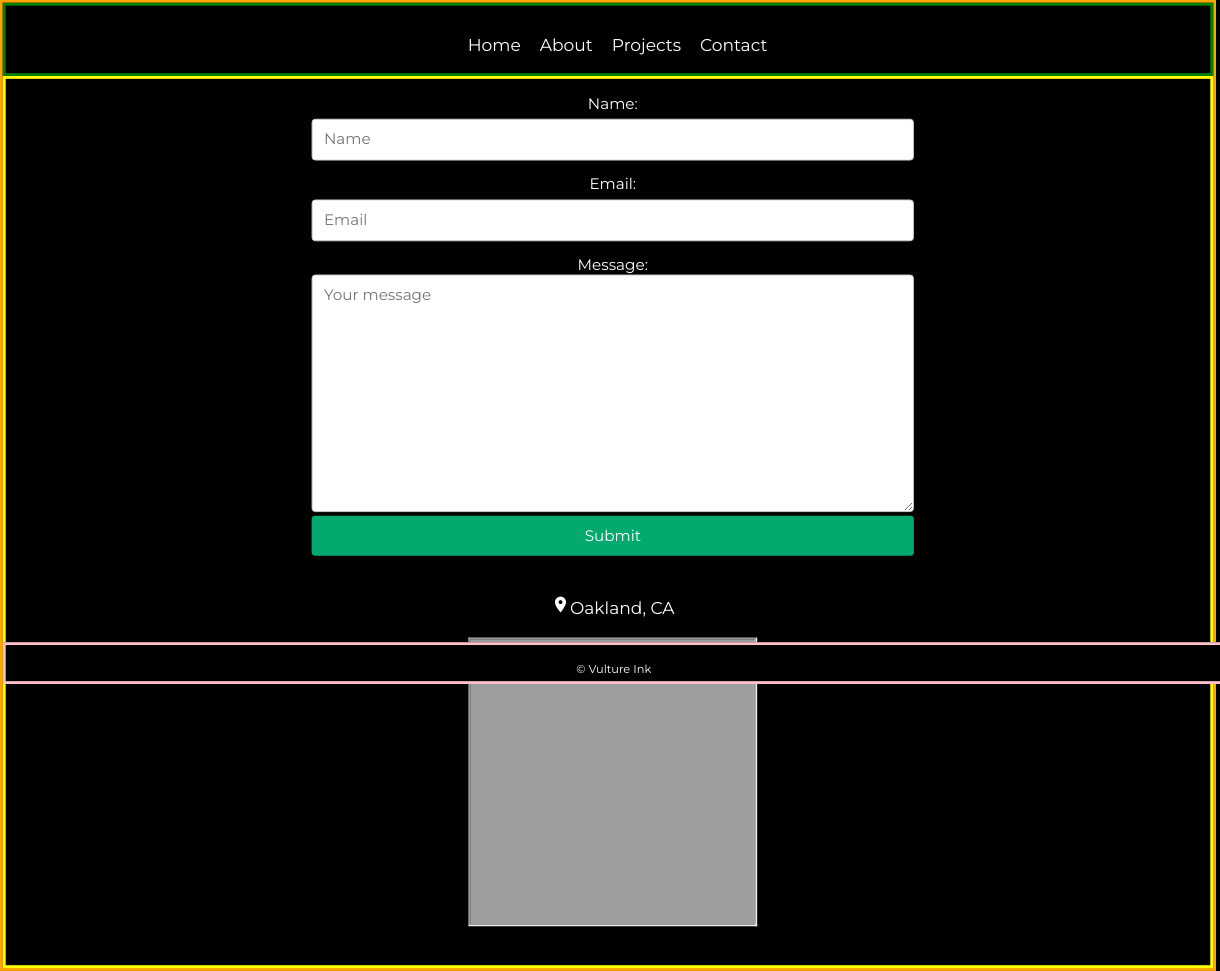
Repository: kaitlynMidori/anon_ink
Page: pages/Contact.html
An editor plug-in stored every save of this project. The page is shown before and after the next save, followed by the edit.
The browser window is 1280 px wide. The page is 1284 px wide, then 1282 px, so the pictures cover 1284 px, including what lies to the right of the window. The pictures show the whole page, at 95% of full size.
Pictures or frames that could not be fetched are drawn as grey boxes. Some web libraries are served in a nearby version.

Above is the page before, as saved 2021-09-07 17:52:08.

### pages/Contact.html
<!DOCTYPE html>
<html lang= "en">
    <head>
        <meta charset="utf-8">
        <meta name="viewport" content="width=device-width, initial-scale=1.0">
        <title>Contact</title>
        <link href="https://cdnjs.cloudflare.com/ajax/libs/normalize/8.0.1/normalize.min.css" rel="stylesheet" type="text/css" />
        <link href="https://fonts.googleapis.com/css2?family=Montserrat&display=swap" rel="stylesheet">
        <link href="../style.css" rel="stylesheet" type="text/css" />
      </head>

<body>

    <header>
        <!-- <div class="logo">ANONYMOUS INK</div> -->
        <nav>
          <ul id="menu">
            <li><a href="/index.html">Home</a></li>
            <li><a href="/Pages/About.html">About</a></li>
            <li><a href="/Pages/Projects.html">Projects</a></li>
            <!-- <li><a href="/Pages/Resume.html">Resume</a></li> -->
            <li><a href="/Pages/Contact.html">Contact</a></li>
          </ul>
        </nav>
      </header>
<main>

<!-- Contact -->

    <section>

      <!-- <h2>Get in Touch</h2> -->
      <div class="contact-container">

        <div class="contact-form">
            <form action="https://formspree.io/f/xrgoqyge" method="post">
              <label class="user-name" data-shrink="false">Name:</label>
              <input id="user-name" type="text" name="name" placeholder="Name">

              <label for="user-email">Email:</label>
              <input id="user-email" type="text" name="email" placeholder="Email">

              <label for="user-message">Message:</label> <textarea id="user-message" name="message" placeholder="Your message"></textarea>
              <input type="submit" value="Submit">
              <!-- <button type="submit">Submit</button> -->
            </form>
          </div>
          <div class="location">
            <p><i class="material-icons" style="font-size:20px">location_on</i>Oakland, CA</p>
            <p><iframe src="https://www.google.com/maps/embed?pb=!1m18!1m12!1m3!1d201877.73430325926!2d-122.37538914908166!3d37.758634650214724!2m3!1f0!2f0!3f0!3m2!1i1024!2i768!4f13.1!3m3!1m2!1s0x80857d8b28aaed03%3A0x71b415d535759367!2sOakland%2C%20CA!5e0!3m2!1sen!2sus!4v1602104516145!5m2!1sen!2sus" width="300" height="300" allowfullscreen="" ></iframe></p>
          </div>
      </div>

    </section>
  </main>

  <footer>
    <p>© Vulture Ink</p>
  </footer>
  <script
      src="https://code.jquery.com/jquery-3.2.1.min.js"
      integrity="sha256-hwg4gsxgFZhOsEEamdOYGBf13FyQuiTwlAQgxVSNgt4="
      crossorigin="anonymous"></script>
<link rel="stylesheet" href="https://cdnjs.cloudflare.com/ajax/libs/font-awesome/4.7.0/css/font-awesome.min.css">
<link href="https://fonts.googleapis.com/icon?family=Material+Icons" rel="stylesheet">

  </body>
</html>

### style.css

/***************** General ******************/
body {
    border: solid orange;
    height: 100%;
    background-color: black;
    color: white;
    margin: none;
    font-family: 'Montserrat', sans-serif;
    padding-top: 0;
  }

  /************** navigation ***************/
  header nav {
    display: flex;
    flex-direction: row;
    justify-content: center;
    margin-top: 14px;
  }

  header nav ul {
    display: flex;
    flex-direction: row;
    padding-bottom: 0;
  }

  header nav ul li {
    list-style-type: none;
  }

  header ul li a {
    color: white;
    text-decoration: none;
    padding: 0 20px 0 0;
    font-family: 'Montserrat', sans-serif;
  }

  /************* Primary Groups ****************/
  header {
    font-size: 18px;
    background-color: black;
    margin: 0;
    border: solid green;
  }

  main {
    margin: auto;
    justify-content: center;
    justify-items: center;
    text-align: center;
    border: solid yellow;
    padding-top: 10px;
    padding-bottom: 10px;
  }

  footer {
    position: fixed;
    background-color: black;
    bottom: 0;
    width: 100%;
    border: solid pink;
  }

  /****************** Typography ******************/
  h1 {
    font-size: 28px;
    font-family: 'Montserrat', sans-serif;
    color: white;
    font-weight: 400;
  }

  h2 {
    font-size: 26px;
    color: rgb(17, 17, 17);
    font-family: 'Montserrat', sans-serif;
    text-align: center;
    font-weight: 400;
    margin: 0 10px;
  }

  h3 {
    font-size: 15px;
    font-family: 'Montserrat', sans-serif;
    font-weight: 430;
  }

  p {
    font-family: 'Montserrat', sans-serif;
    font-size: 18px;
    line-height: 1.3em;
    margin-bottom: 0;
  }

  main a {
    font-weight: 700;
    text-decoration: none;
  }

  main a:visited{
    color: blue;
  }
  /* main main a:hover{color: greenyellow;} */
  /* a:active{color:  rgb(143, 156, 33);} */

  footer p {
    font-size: 12px;
    color: white;
    text-align: center;
    padding: 5px;
  }

  footer h2 {
    color: black;
  }
/*
  img.image-enhanced {
    max-width: 350px;
    border-radius: 8px;
  }

  .item-double {
    color: rgb(17, 17, 17);
    flex: 2;
  }
   */
  /* Desktop groups/items */
  /* @media all and (min-width: 600px){
    section {
      padding: 0%;
    }
    .group {
      display: flex;
      flex-direction: row;
      flex-wrap: wrap;
    }
  } */

  /* ***********  home ************** */

  .home-video {
    position: fixed;
    right: 0px;
    bottom: 0px;
    min-width: 100%;
    min-height: 100%;
    width: auto;
    height: auto;
    z-index: -1;
  }

  /* ************ about *************** */

  .about-container {
    overflow: scroll;
    align-items: center;
    justify-content: center;
    flex-direction: column-reverse;
    margin: auto;
    padding: 15px;
    display: flex;
    text-align: center;
    flex-wrap: wrap;
  }

  .about-item {
    text-align: left;
    display: flex;
    flex-wrap: wrap;
    margin: auto;
  }

  /**************** projects ****************/
  .card-container {
    max-width: 900px;
    min-width: 370px;
    margin: auto;
    display: flex;
    flex-direction: row;
    flex-wrap: wrap;
    justify-content: space-evenly;
    text-align: center;
    padding-top: 10px;
  }

  .row-one {
    justify-content: space-evenly;
    display: flex;
    flex-wrap: wrap;
  }

  .card p {
    font-size: 14px;
    padding-left: 4px;
    padding-right: 4px;
  }

  .card #card1 {
    padding-top: 5px;
    background-repeat: no-repeat;
    background-size:cover;
    background-position: top;
    display: block;
    margin: 0 auto;
    text-indent: -9999px;
    width: 15rem;
    height: 20rem;
    border: transparent;
  }

  .card #card1:hover {
    font-size: 30px;
    color: black;
    display: block;
    margin: 0 auto;
    text-indent: 0;
    justify-content: center;
    background-color: rgb(238, 228, 211, .8);
    background-blend-mode: hue;
  }

  .card #card2 {
    padding-top: 5px;
    background-repeat: no-repeat;
    background-size:cover;
    background-position: top;
    display: block;
    margin: 0 auto;
    text-indent: -9999px;
    width: 15rem;
    height: 20rem;
    border: transparent;
  }

  .card #card2:hover {
    font-size: 30px;
    color: black;
    display: block;
    margin: 0 auto;
    text-indent: 0;
    justify-content: center;
    background-color: rgb(238, 228, 211, .8);
    background-blend-mode: hue;
  }

  .card #card3 {
    padding-top: 5px;
    background-repeat: no-repeat;
    background-size:cover;
    background-position: top;
    display: block;
    margin: 0 auto;
    text-indent: -9999px;
    width: 15rem;
    height: 20rem;
    border: transparent;
  }

  .card #card3:hover {
    font-size: 30px;
    color: black;
    display: block;
    margin: 0 auto;
    text-indent: 0;
    justify-content: center;
    background-color: rgb(238, 228, 211, .8);
    background-blend-mode: hue;
  }

  .card #card4 {
    padding-top: 5px;
    background-repeat: no-repeat;
    background-size:cover;
    background-position: top;
    display: block;
    margin: 0 auto;
    text-indent: -9999px;
    width: 15rem;
    height: 20rem;
    border: transparent;
  }

  .card #card4:hover {
    font-size: 30px;
    color: black;
    display: block;
    margin: 0 auto;
    text-indent: 0;
    justify-content: center;
    background-color: rgb(238, 228, 211, .8);
    background-blend-mode: hue;
  }

  .card #card5 {
    padding-top: 5px;
    background-repeat: no-repeat;
    background-size:cover;
    background-position: top;
    display: block;
    margin: 0 auto;
    text-indent: -9999px;
    width: 15rem;
    height: 20rem;
    border: transparent;
  }

  .card #card5:hover {
    font-size: 30px;
    color: black;
    display: block;
    margin: 0 auto;
    text-indent: 0;
    justify-content: center;
    background-color: rgb(238, 228, 211, .8);
    background-blend-mode: hue;
  }

  .card #card6 {
    padding-top: 5px;
    background-repeat: no-repeat;
    background-size:cover;
    background-position: top;
    display: block;
    margin: 0 auto;
    text-indent: -9999px;
    width: 15rem;
    height: 20rem;
    border: transparent;
  }

  .card #card6:hover {
    font-size: 30px;
    color: black;
    display: block;
    margin: 0 auto;
    text-indent: 0;
    justify-content: center;
    background-color: rgb(238, 228, 211, .8);
    background-blend-mode: hue;
  }

  /* The flip card container - set the width and height to whatever you want. We have added the border property to demonstrate that the flip itself goes out of the box on hover (remove perspective if you don't want the 3D effect */
  .card {
    backface-visibility: hidden;
    -webkit-backface-visibility: hidden;
    border: solid;
    border-color: transparent;
    background-color: transparent;
    width: 15rem;
    height: 20rem;
    margin-bottom: 20px;
    -webkit-perspective: 1000px;
    perspective: 1000px; /* Remove this if you don't want the 3D effect */
  }

  /* This container is needed to position the front and back side */
  .card-inner {
    position: relative;
    width: 100%;
    height: 100%;
    text-align: center;
    transition: transform 0.8s;
    -webkit-transition: -webkit-transform 0.8s;
    transform-style: preserve-3d;
    -webkit-transform-style: preserve-3d;
   transition-property: -webkit-transform;
   -webkit-transition-property: -webkit-transform;
   transition-duration: 1.5s;
   -webkit-transition-duration: 1.5s;
    backface-visibility: hidden;
    -webkit-backface-visibility: hidden;
  }

  /* Position the front and back side */
  .card-one-front {
    position: absolute;
    border-radius: 10px;
    margin-bottom: 20px;
    background-color: #ddd;
    background-image: url(./images/WalnutVaneerChair.png);
    opacity: .8;
    background-repeat: no-repeat;
    background-size:cover;
    background-position: top;
  }

  .card-two-front {
    position: absolute;
    -webkit-backface-visibility: hidden;
    backface-visibility: hidden;
    border-radius: 10px;
    margin-bottom: 20px;
    background-image: url(./images/MarilynFramed.png);
    opacity: .8;
    background-repeat: no-repeat;
    background-color: #ddd;
    background-size:cover;
    background-position: top;
    }

  .card-three-front {
    position: absolute;
    -webkit-backface-visibility: hidden;
    backface-visibility: hidden;
    border-radius: 10px;
    margin-bottom: 20px;
    background-image: url(./images/FvfXn.png);
    opacity: .8;
    background-repeat: no-repeat;
    background-color: #ddd;
    background-size:cover;
    background-position: top;
  }

  .card-four-front {
    position: absolute;
    -webkit-backface-visibility: hidden;
    backface-visibility: hidden;
    border-radius: 10px;
    margin-bottom: 20px;
    background-image: url(./images/Oakchair_angle.png);
    opacity: .8;
    background-repeat: no-repeat;
    background-color: #ddd;
    background-size:cover;
    background-position: left;
  }

  .card-five-front {
    position: absolute;
    -webkit-backface-visibility: hidden;
    backface-visibility: hidden;
    border-radius: 10px;
    margin-bottom: 20px;
    background-image: url(./images/SurfboardCoffetable.png);
    opacity: .8;
    background-repeat: no-repeat;
    background-color: #ddd;
    background-size:cover;
    background-position: top;
  }

  .card-six-front {
    position: absolute;
    -webkit-backface-visibility: hidden;
    backface-visibility: hidden;
    border-radius: 10px;
    margin-bottom: 20px;
    background-image: url(./images/CELLO_BELYTRIAL_PUZZLEJOINTS.png);
    opacity: .8;
    background-repeat: no-repeat;
    background-color: #ddd;
    background-size:cover;
    background-position: top;
  }

  /* ***************** Contact ****************** */
  .contact-container {
    display: inline-flex;
    flex-direction: row;
    flex-wrap: wrap;
    height: 100%;
    width: 100%;
    padding: 5px;
    margin: auto;
    align-items: center;
    align-content: center;
  }

  .contact-form {
    display: flex;
    max-width: 50%;
    height: 80%;
    margin: auto;
    border: solid;
    border-color: transparent;
  }

  .location {
    width: 100%;
    margin-top: 20px;
    margin-bottom: 20px;
  }
  /****** Contact Form Design ******/
  form input, form textarea {
    width: 100%;
    margin-bottom: 20px;
    margin: auto;
  }

  form textarea {
    height: 250px;
  }

  input[type=text], select, textarea {
    width: 100%;
    padding: 12px;
    border: 1px solid #ccc;
    border-radius: 4px;
    box-sizing: border-box;
    margin-top: 6px;
    margin-bottom: 16px;
    resize: vertical;
  }

  input[type=submit] {
    background-color: #04AA6D;
    color: white;
    padding: 12px 20px;
    border: none;
    border-radius: 4px;
    cursor: pointer;
  }

  input[type=submit]:hover {
    background-color: #45a049;
  }

After the next save:
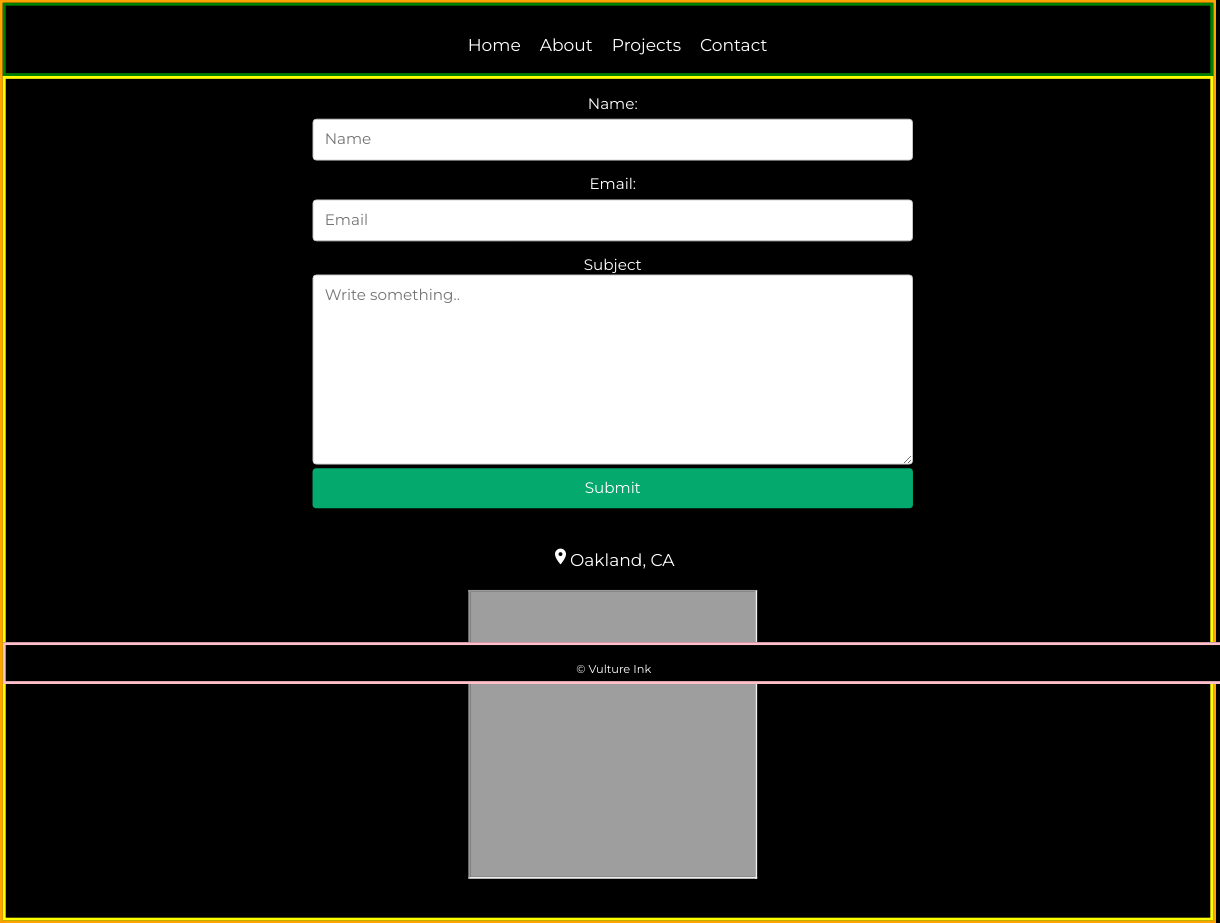
Saved 119 s later.
--- a/pages/Contact.html
+++ b/pages/Contact.html
@@ -40,7 +40,9 @@
               <label for="user-email">Email:</label>
               <input id="user-email" type="text" name="email" placeholder="Email">
 
-              <label for="user-message">Message:</label> <textarea id="user-message" name="message" placeholder="Your message"></textarea>
+              <!-- <label for="user-message">Message:</label> <textarea id="user-message" name="message" placeholder="Your message"></textarea> -->
+              <label for="subject">Subject</label>
+    <textarea id="subject" name="subject" placeholder="Write something.." style="height:200px"></textarea>
               <input type="submit" value="Submit">
               <!-- <button type="submit">Submit</button> -->
             </form>
